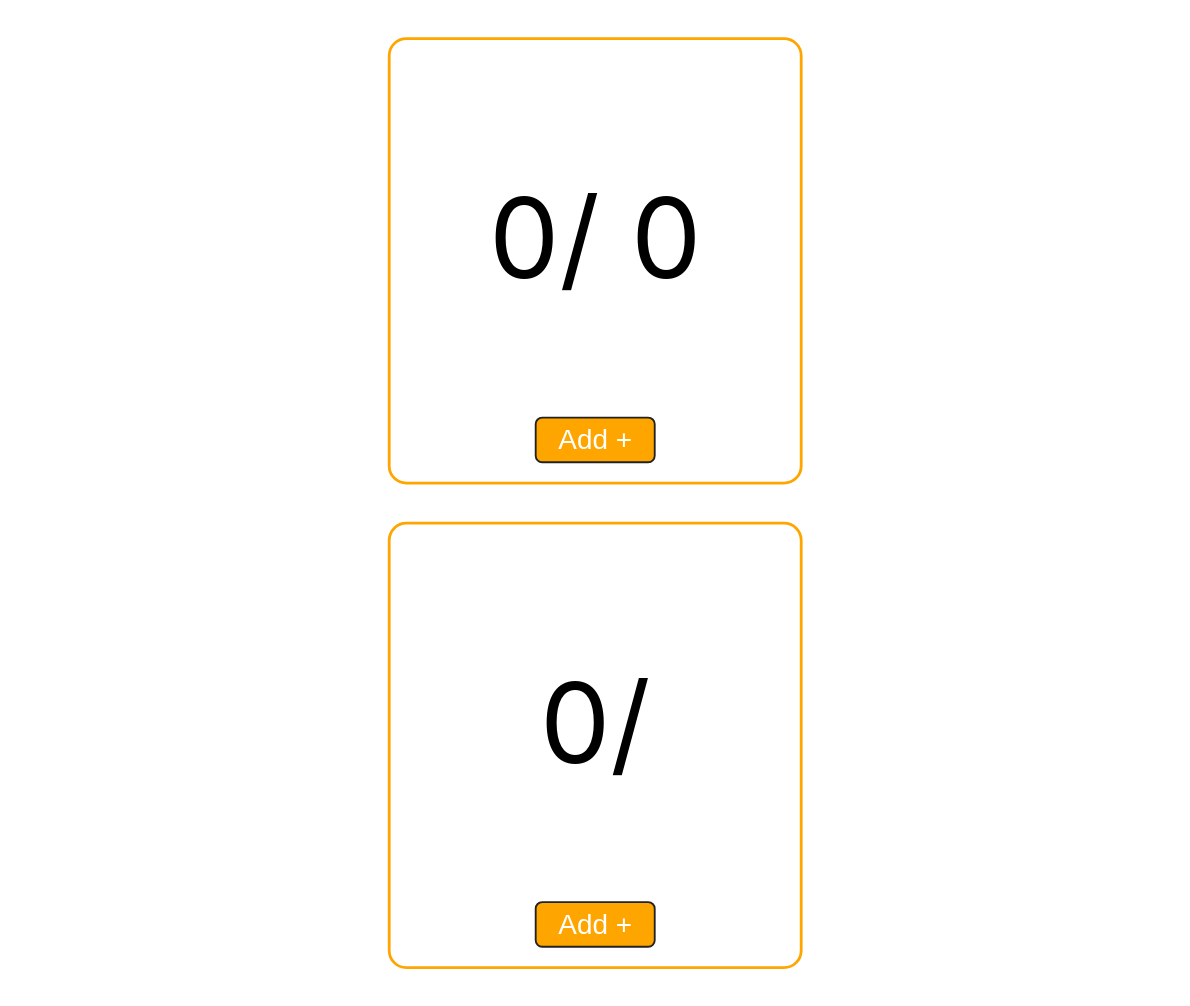
Repository: dnjfht/css-example
Page: /
The author's editor kept a copy of each file at every save. The page is drawn from the files as they stood at one save, then again after the next save.
The browser window is 1280 px wide. The pictures show the whole page, at 93% of full size.
The project was rebuilt for these pictures with package versions that can differ from the ones it lists, and the page was loaded fresh each time.

Above is the page before, as saved 2023-05-09 19:33:54.

### src/App.js
import React, { useState } from "react";
import Counter from "./components/Counter";

export default function App() {
  const [total, setTotal] = useState(0);

  const handleClickTotal = () => {
    setTotal((prev) => prev + 1);
  };
  return (
    <div>
      <Counter total={total} handleClickTotal={handleClickTotal} />
      <Counter />
    </div>
  );
}

### src/components/Counter.jsx
import React, { useState } from "react";

export default function Counter({ total, handleClickTotal }) {
  const [count, setCount] = useState(0);

  const handleClickCountUp = () => {
    setCount((prev) => prev + 1);
    handleClickTotal();
  };

  //   const handleClickCountDown = () => {
  //     if (count > 0) setCount(count - 1);
  //   };

  return (
    <div
      style={{
        width: 400,
        padding: 20,
        margin: "40px auto",
        border: "3px solid orange",
        borderRadius: 20,
        display: "flex",
        flexDirection: "column",
        alignItems: "center",
      }}
    >
      <p style={{ fontSize: 120 }}>
        {count}
        <span>/ {total}</span>
      </p>
      <button
        style={{
          width: 130,
          padding: "6px 16px",
          boxSizing: "border-box",
          backgroundColor: "orange",
          border: "2px solid #222",
          borderRadius: 8,
          fontSize: 30,
          color: "white",
        }}
        onClick={handleClickCountUp}
      >
        Add +
      </button>
      {/* <button
        style={{
          width: 130,
          padding: "6px 16px",
          marginTop: 10,
          boxSizing: "border-box",
          backgroundColor: "orange",
          border: "2px solid #222",
          borderRadius: 8,
          fontSize: 30,
          color: "white",
        }}
        onClick={handleClickCountDown}
      >
        Add -
      </button> */}
    </div>
  );
}

Loaded but not shown: public/index.html (common file); src/index.js (common file); src/index.css (common file); src/reportWebVitals.js (common file)

After the next save:
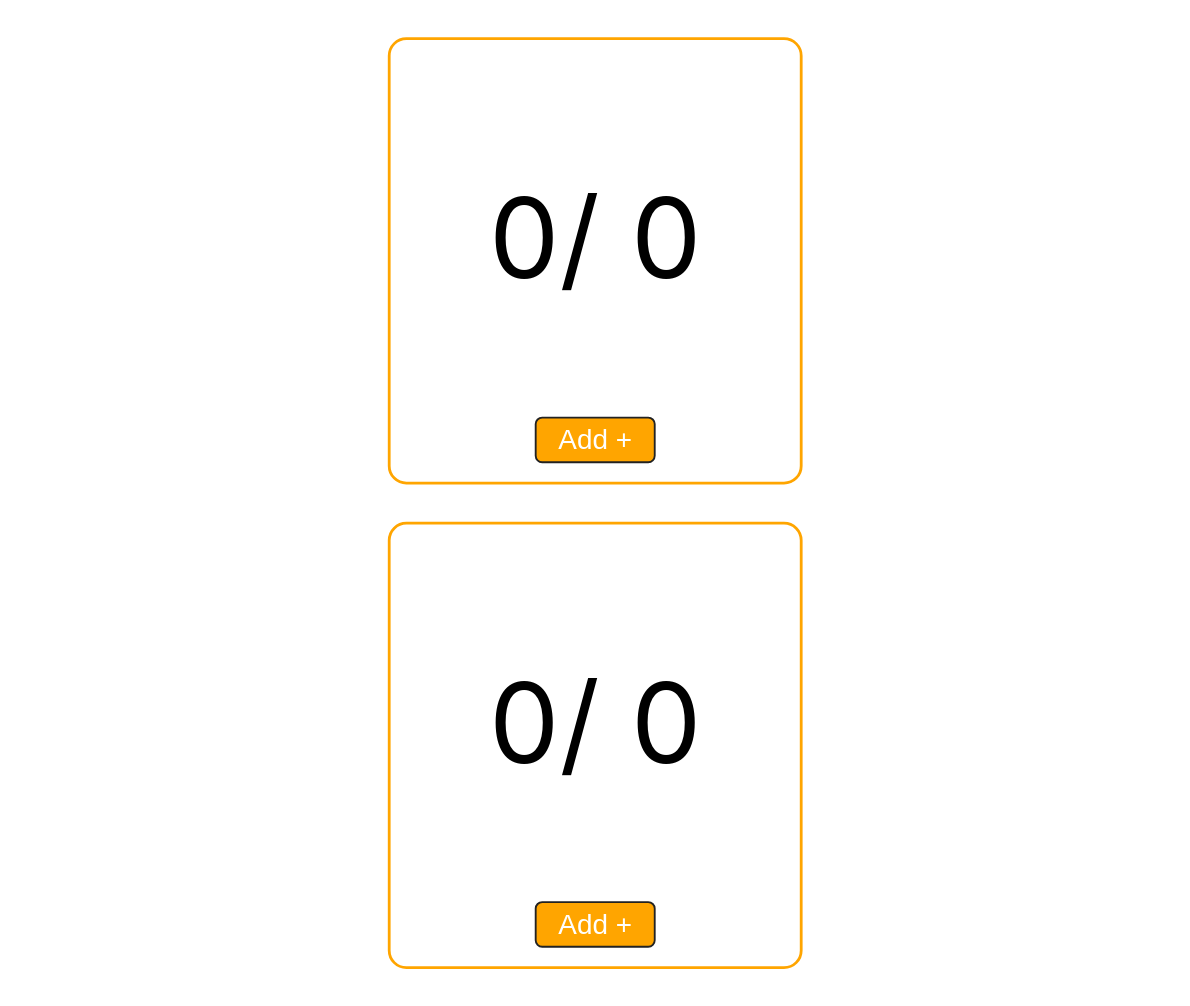
Saved 2 min 6 s later.
--- a/src/App.js
+++ b/src/App.js
@@ -10,7 +10,7 @@ export default function App() {
   return (
     <div>
       <Counter total={total} handleClickTotal={handleClickTotal} />
-      <Counter />
+      <Counter total={total} handleClickTotal={handleClickTotal} />
     </div>
   );
 }
